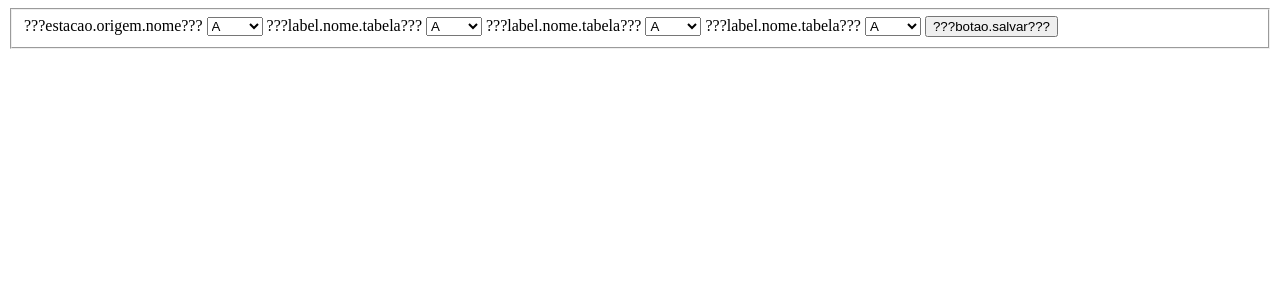
Repository: jonathansds/GIT_Metro-Londres
Page: http://localhost/Metro-Londres/WEB-INF/jsp/dados/trajeto.jsp
An editor plug-in stored every save of this project. The page is shown before and after the next save, followed by the edit.
The browser window is 1280 px wide. The pictures show the whole page.
The page is served by Tomcat 9. Nobody is signed in. Other server files are loaded and not shown. The template is opened directly, without the code that normally fills it, so the values that code supplies are empty.

Above is the page before, as saved 2014-05-13 17:19:18.

### Workspace_Metro-Londres/Metro-Londres/WebContent/WEB-INF/jsp/dados/trajeto.jsp
<?xml version="1.0" encoding="ISO-8859-1" ?>
<%@ page language="java" contentType="text/html; charset=ISO-8859-1" pageEncoding="ISO-8859-1"%>
<%@taglib uri="http://java.sun.com/jsp/jstl/core" prefix="c"%>
<%@taglib uri="http://java.sun.com/jsp/jstl/fmt" prefix="fmt"%>

<!DOCTYPE html PUBLIC "-//W3C//DTD XHTML 1.0 Transitional//EN" "http://www.w3.org/TR/xhtml1/DTD/xhtml1-transitional.dtd">
<html xmlns="http://www.w3.org/1999/xhtml"
	xmlns:p="http://primefaces.org/ui">


	<body>
		<form action="<c:url value='/definir' />" method="post">
			<fieldset>
				<label for="estacao1"><fmt:message key='estacao.origem.nome' /></label>
				<select id="estacao1" name="estacaoOrigem">
				    <option value="A">A</option>
				    <option value="B">A</option>
				    <option value="-">Other</option>
				</select>
				<label for="linha1"><fmt:message key='label.nome.tabela' /></label>
				<select id="linha1" name="linhaOrigem">
				    <option value="A">A</option>
				    <option value="B">A</option>
				    <option value="-">Other</option>
				</select>
				<label for="estacao2"><fmt:message key='label.nome.tabela' /></label>
				<select id="estacao2" name="estacaoDestino">
				    <option value="A">A</option>
				    <option value="B">A</option>
				    <option value="-">Other</option>
				</select>
				<label for="linha2"><fmt:message key='label.nome.tabela' /></label>
				<select id="linha2" name="linhaDestino">
				    <option value="A">A</option>
				    <option value="B">A</option>
				    <option value="-">Other</option>
				</select>
			    <button type="submit" ><fmt:message key='botao.salvar' /></button>
			</fieldset>
		</form>
	</body>
</html>

After the next save:
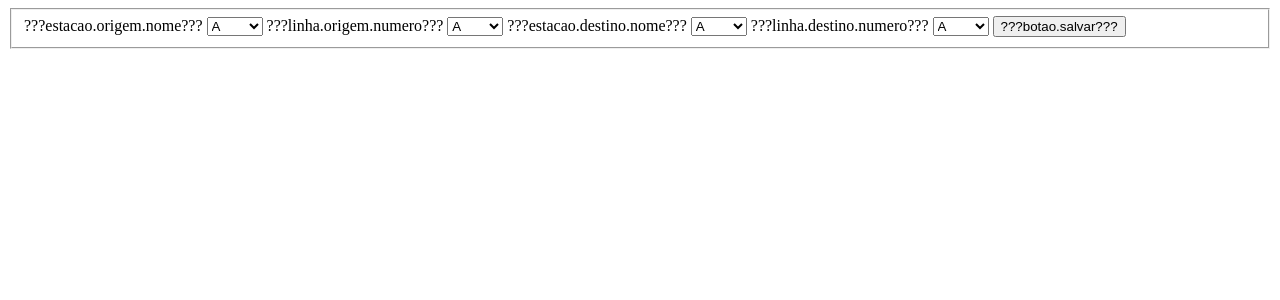
Saved 52 s later.
--- a/Workspace_Metro-Londres/Metro-Londres/WebContent/WEB-INF/jsp/dados/trajeto.jsp
+++ b/Workspace_Metro-Londres/Metro-Londres/WebContent/WEB-INF/jsp/dados/trajeto.jsp
@@ -17,19 +17,19 @@
 				    <option value="B">A</option>
 				    <option value="-">Other</option>
 				</select>
-				<label for="linha1"><fmt:message key='label.nome.tabela' /></label>
+				<label for="linha1"><fmt:message key='linha.origem.numero' /></label>
 				<select id="linha1" name="linhaOrigem">
 				    <option value="A">A</option>
 				    <option value="B">A</option>
 				    <option value="-">Other</option>
 				</select>
-				<label for="estacao2"><fmt:message key='label.nome.tabela' /></label>
+				<label for="estacao2"><fmt:message key='estacao.destino.nome' /></label>
 				<select id="estacao2" name="estacaoDestino">
 				    <option value="A">A</option>
 				    <option value="B">A</option>
 				    <option value="-">Other</option>
 				</select>
-				<label for="linha2"><fmt:message key='label.nome.tabela' /></label>
+				<label for="linha2"><fmt:message key='linha.destino.numero' /></label>
 				<select id="linha2" name="linhaDestino">
 				    <option value="A">A</option>
 				    <option value="B">A</option>
